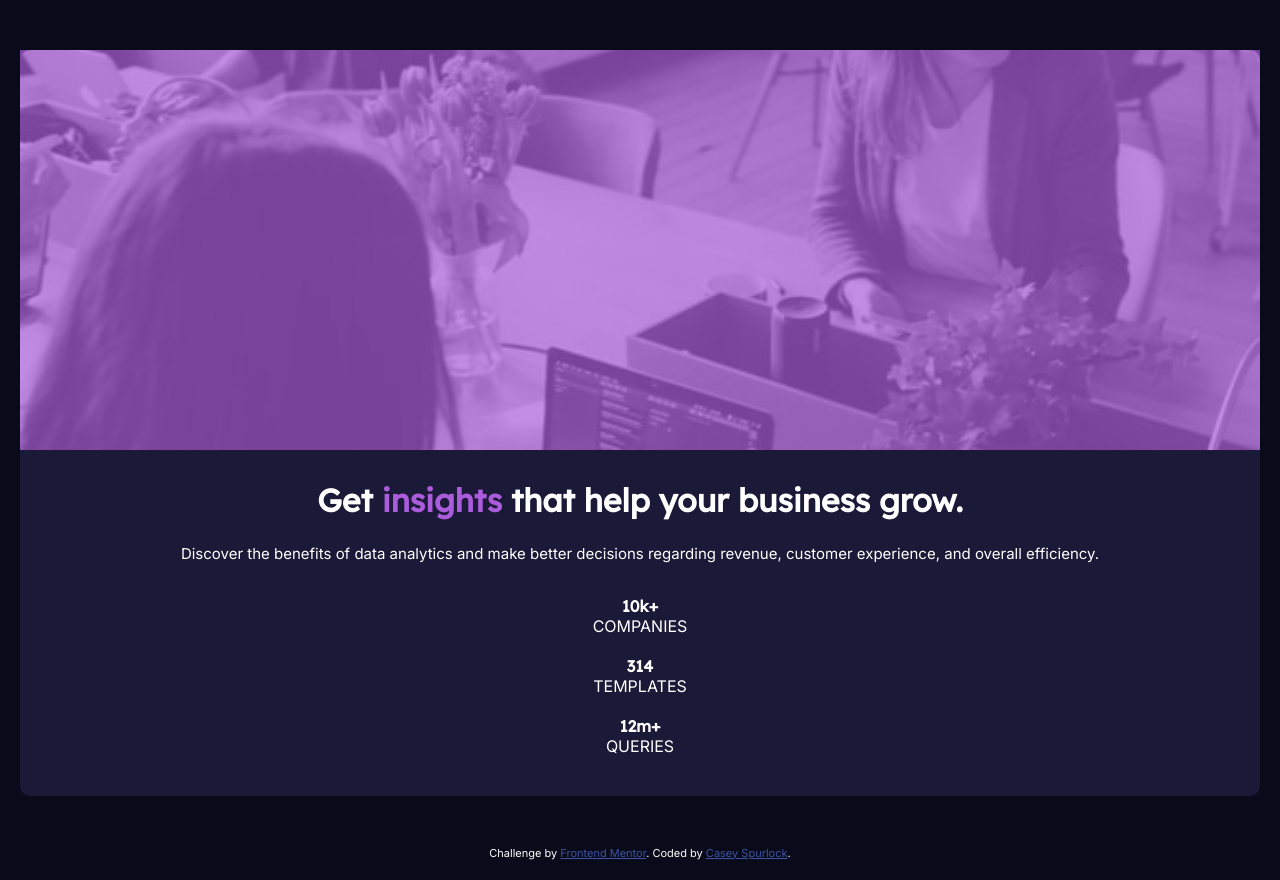
Repository: CaseySpurlock/stats-prewiew-component
Page: index.html
The author's editor kept a copy of each file at every save. The page is drawn from the files as they stood at one save, then again after the next save.
The browser window is 1280 px wide. The pictures show the whole page.

Above is the page before, as saved 2021-06-22 01:37:20.

### index.html
<!DOCTYPE html>
<html lang="en">
<head>
  <meta charset="UTF-8">
  <meta name="viewport" content="width=device-width, initial-scale=1.0"> <!-- displays site properly based on user's device -->

  <link rel="icon" type="image/png" sizes="32x32" href="./images/favicon-32x32.png">

  <title>Frontend Mentor | Stats preview card component</title>

  <link rel="stylesheet" href="styles.css">
  <link rel="preconnect" href="https://fonts.googleapis.com">
  <link rel="preconnect" href="https://fonts.gstatic.com" crossorigin>
  <link href="https://fonts.googleapis.com/css2?family=Inter:wght@400;700&family=Lexend+Deca&display=swap" rel="stylesheet">

</head>

<body>

  <div class="container">
    <div class="card picture">
      <div class="overlay"></div>
    </div>
      <div class="card">
        <h1>Get <span>insights</span> that help your business grow.</h1>
      <p>Discover the benefits of data analytics and make better decisions regarding revenue, customer
        experience, and overall efficiency.</p>
        <ul>
          <li><span>10k+</span> companies</li>
          <li><span>314</span> templates</li>
          <li><span>12m+ </span> queries</li>
      </div>
      </div>








  <div class="attribution">
    Challenge by <a href="https://www.frontendmentor.io?ref=challenge" target="_blank">Frontend Mentor</a>.
    Coded by <a href="#">Casey Spurlock</a>.
  </div>
</body>
</html>

### styles.css
:root {
    --Very-dark-blue: hsl(233, 47%, 7%);
    --Dark-desaturated-blue: hsl(244, 38%, 16%);
    --Soft-violet: hsl(277, 64%, 61%);
    --White: hsl(0, 0%, 100%);
    --Slightly-transparent -white: hsla(0, 0%, 100%, 0.75);
    --Slightly-transparent-white: hsla(0, 0%, 100%, 0.6);
}

* {
    margin: 0;
    padding: 0;
    box-sizing: border-box;
}

img {
    max-width: 100%;
}

ul {
    list-style-type: none;
}

body {
    font-family: "Inter", sans-serif;
    background-color: var(--Very-dark-blue);
}

p {
    font-size: 15px;
    line-height: 1.6;
}

.container {
    background-color: var(--Dark-desaturated-blue);
    color: var(--White);
    margin: 50px 20px;
    padding: 0 0 20px;
    border-radius: 10px;
    text-align: center;
}

.container .picture  {
    background: url(./images/image-header-mobile.jpg)
    no-repeat center/cover;
    height: 400px;
    border-radius: 10px 10px 0 0;
}

.container .picture .overlay {
    background-color: hsl(277, 64%, 61%, .7);
    height: 400px;
}

.container .picture {
    border-radius: 10px 10px 0 0;
}

.container .card p {
    padding: 0 20px;
    margin-bottom: 30px;
}

.container .card h1 {
    margin: 30px 0 20px;
    padding: 0 20px;
    line-height: 1.3;
    font-family: "lexend deca", sans-serif;
}

.container .card h1 span {
    color: var(--Soft-violet);
}

.container .card ul li {
    margin-bottom: 20px;
    text-transform: uppercase;
}

.container .card ul li span {
    display: block;
    text-transform: lowercase;
    font-weight: 700;
    font-family: "lexend deca", sans-serif;
}

.attribution {
    font-size: 11px;
    text-align: center;
    color: white;
    padding-bottom: 20px;
}
.attribution a {
    color: hsl(228, 45%, 44%);
}

After the next save:
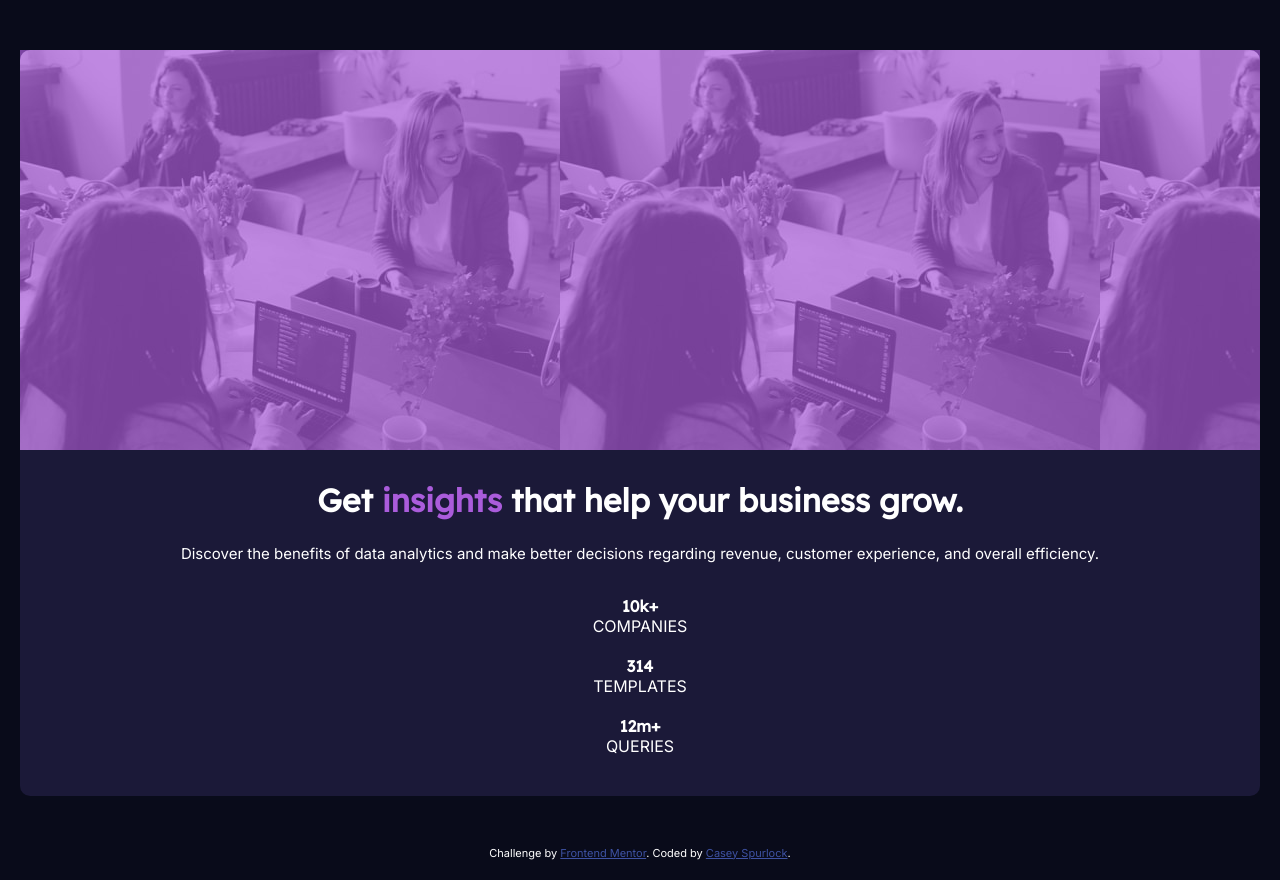
Saved 2 min 10 s later.
--- a/styles.css
+++ b/styles.css
@@ -93,3 +93,9 @@
 .attribution a {
     color: hsl(228, 45%, 44%);
 }
+
+@media (min-width: 768px) {
+    .container .picture {
+        background: url(./images/image-header-desktop.jpg)
+    }
+}
